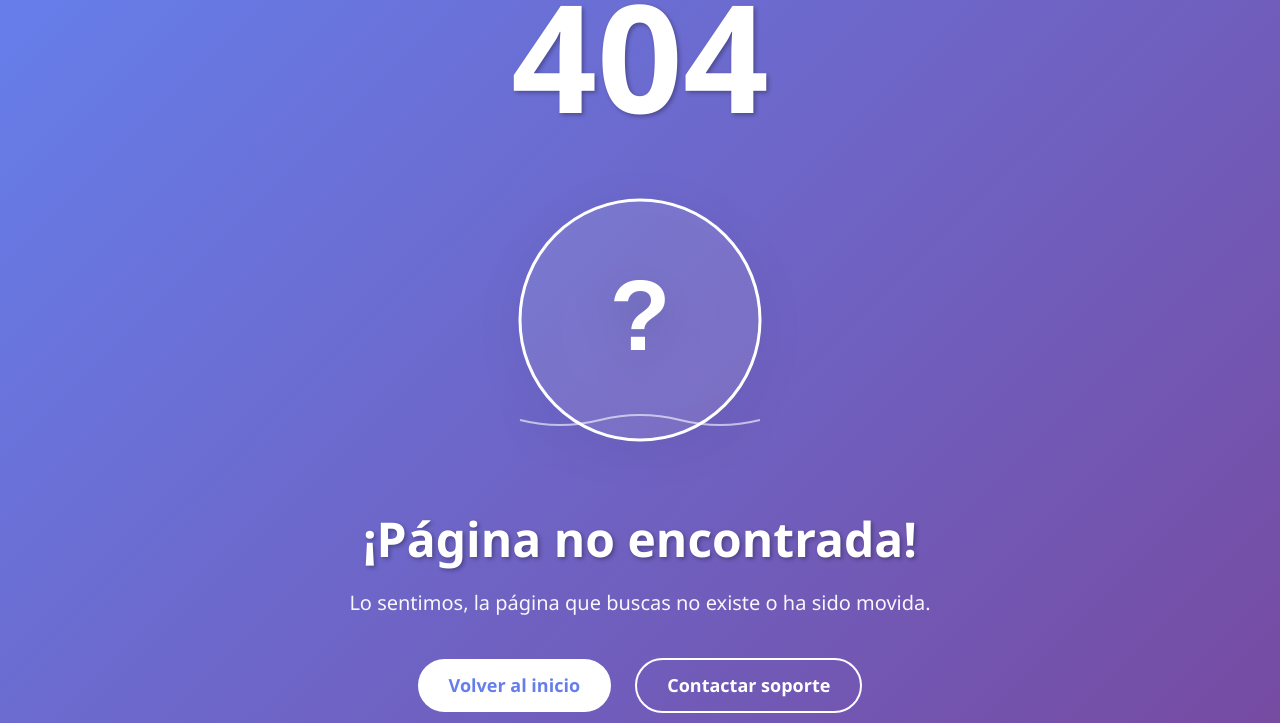
Repository: LadyJohana20/clases
Page: Clase-03-Bucles/pages/error.html
The author's editor kept a copy of each file at every save. The page is drawn from the files as they stood at one save, then again after the next save.
The browser window is 1280 px wide. The pictures show the whole page.

Above is the page before, as saved 2026-01-21 20:31:29.

After the next save:
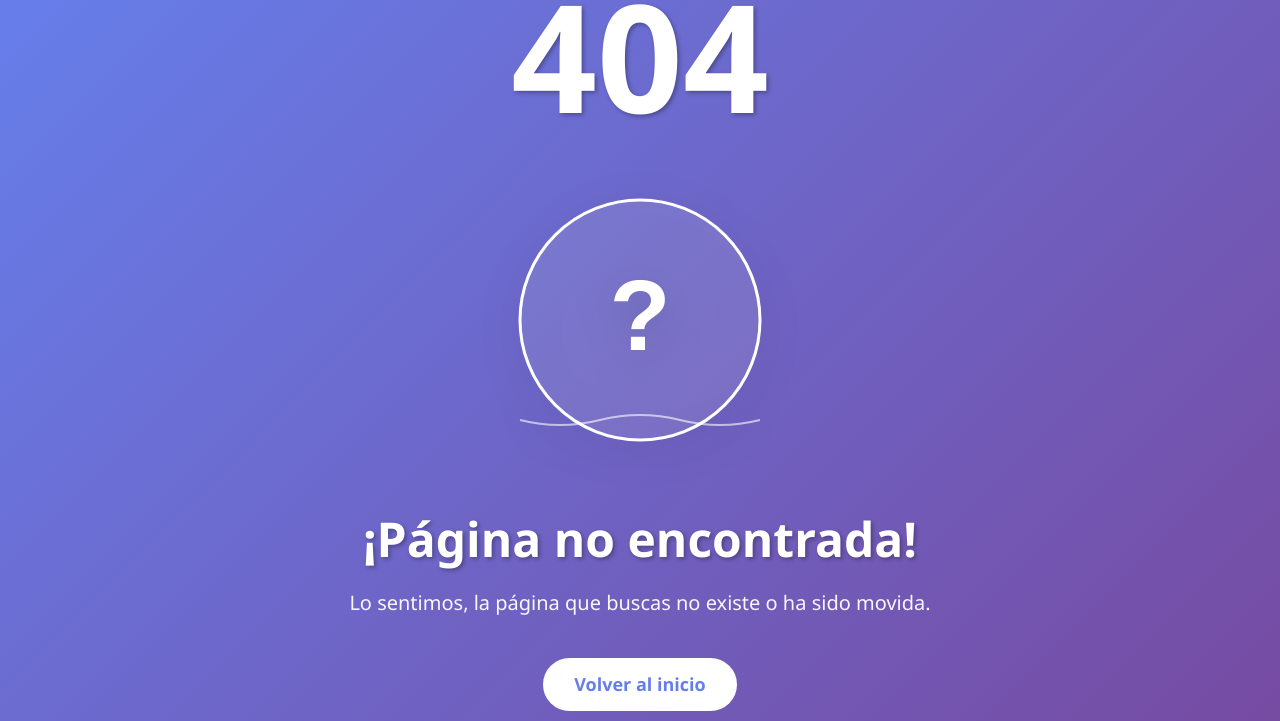
Saved 6 min 58 s later.
--- a/Clase-03-Bucles/pages/error.html
+++ b/Clase-03-Bucles/pages/error.html
@@ -133,9 +133,7 @@
             <a href="../index.html" class="btn btn-custom btn-home">
                 <i class="bi bi-house-fill"></i> Volver al inicio
             </a>
-            <a href="login.html" class="btn btn-custom btn-contact">
-                <i class="bi bi-envelope-fill"></i> Contactar soporte
-            </a>
+
         </div>
     </div>
 
